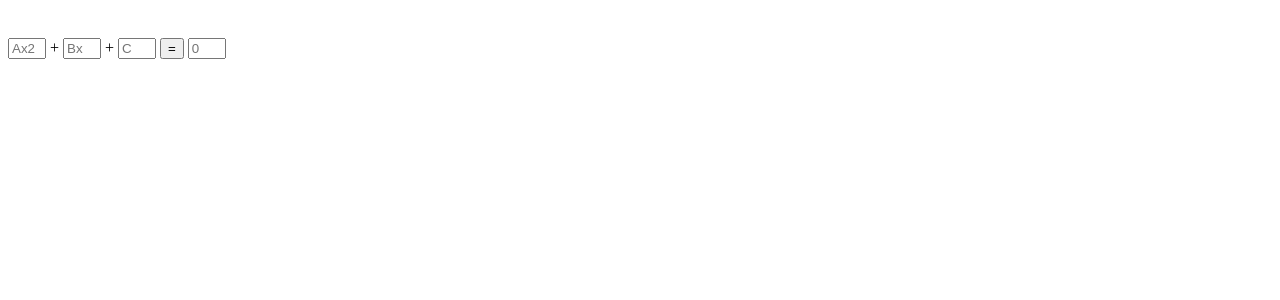
Repository: phunobi1807/quadraticEquation2
Page: index.html
The author's editor kept a copy of each file at every save. The page is drawn from the files as they stood at one save, then again after the next save.
The browser window is 1280 px wide. The pictures show the whole page.

Above is the page before, as saved 2022-07-25 11:16:19.
Not found: css/currency.default.css

After the next save:
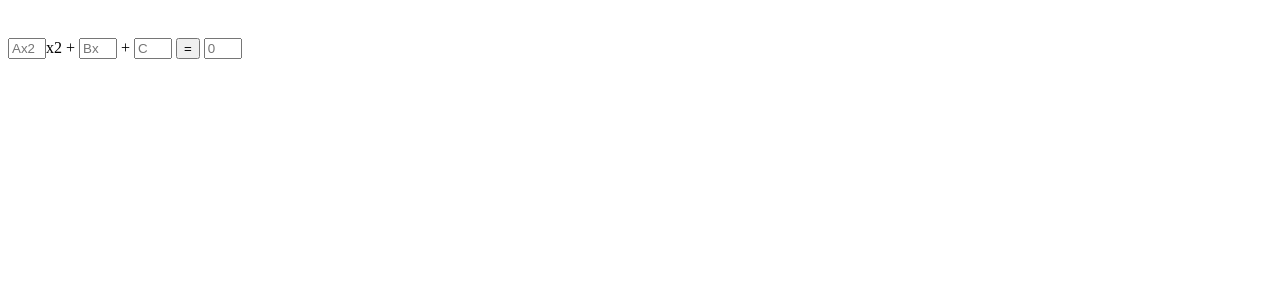
Saved 49 s later.
--- a/index.html
+++ b/index.html
@@ -17,7 +17,7 @@
 
 <body>
 
-  <input type="text" class="number" value="" placeholder="Ax2" /> +
+  <input type="text" class="number" value="" placeholder="Ax2" />x2 +
   <input type="text" class="number" value="" placeholder="Bx" /> +
   <input type="text" class="number" value="" placeholder="C" />
   <button type="submit">=</button>
